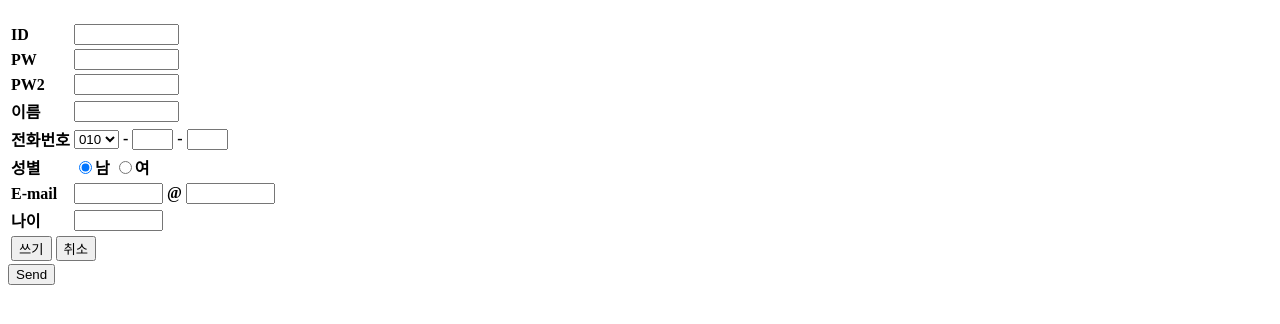
Repository: njir/nodejs
Page: admin_page/views/join_back.ejs
The author's editor kept a record of every edit. The page is drawn from the files as they stood at one moment, then again after the next edit.
The browser window is 1280 px wide. The pictures show the whole page.
The page is served by the project's Node server (admin_page/app.js). The template is opened directly, without the code that normally fills it, so the values that code supplies are empty.

Above is the page before.

After the next edit:
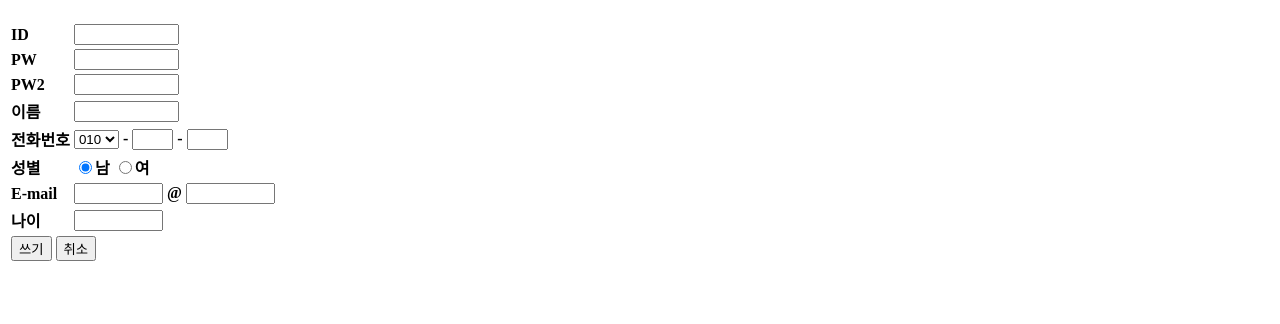
The edit:
--- a/admin_page/views/join_back.ejs
+++ b/admin_page/views/join_back.ejs
@@ -58,6 +58,6 @@
         </tr>
 
 </table>
-	<input type="submit" value="Send" name="submit">
+</form>
 </body>
 </html>
